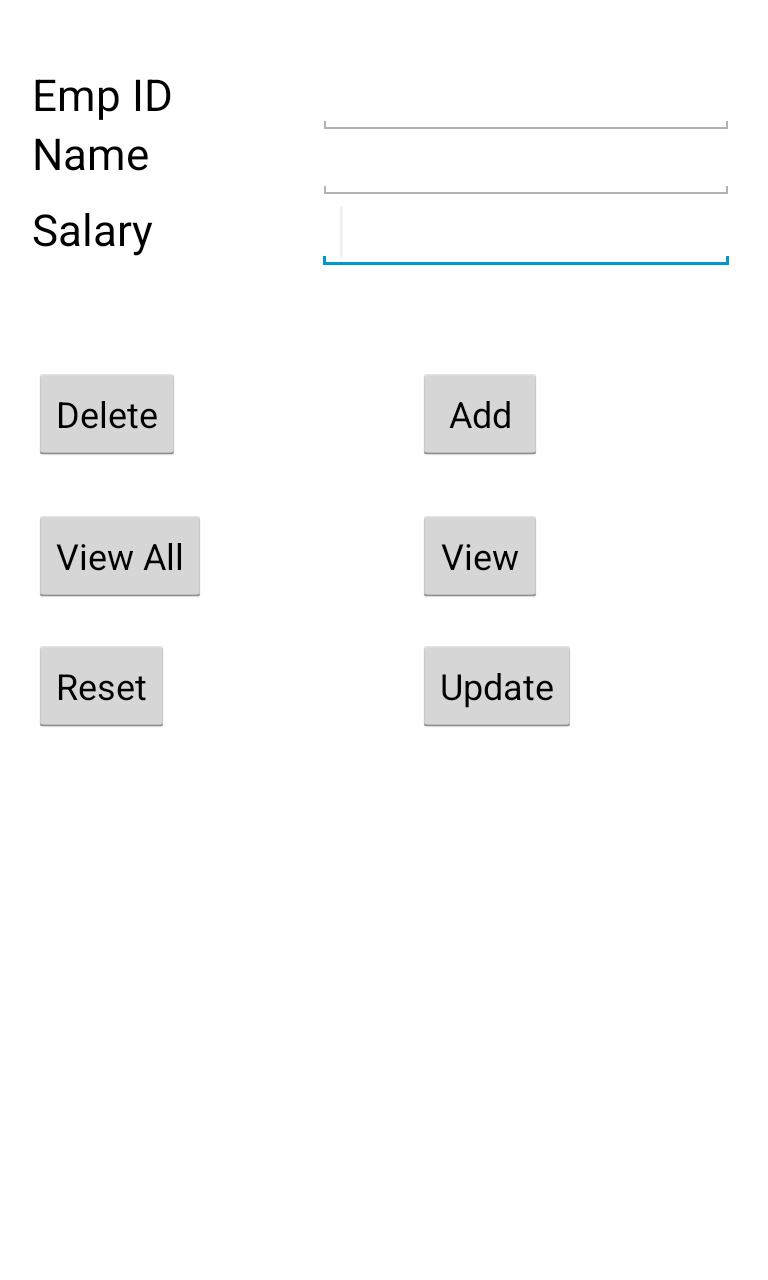
Repository: vinothknr1/aamec-mad-lab
Layout: Ex-4-Database-App/res/layout/activity_main.xml
The author's editor kept a copy of each file at every save. The layout is drawn from the files as they stood at one save, then again after the next save.
It is drawn on a 768 x 1280 px phone screen (xhdpi) without system bars, with theme AppTheme; the app's code is not run.

Above is the layout before, as saved 2022-04-26 09:20:26.

### Ex-4-Database-App/res/layout/activity_main.xml
<RelativeLayout xmlns:android="http://schemas.android.com/apk/res/android"
    xmlns:tools="http://schemas.android.com/tools"
    android:layout_width="match_parent"
    android:layout_height="match_parent"
    android:paddingBottom="@dimen/activity_vertical_margin"
    android:paddingLeft="@dimen/activity_horizontal_margin"
    android:paddingRight="@dimen/activity_horizontal_margin"
    android:paddingTop="@dimen/activity_vertical_margin"
    tools:context=".MainActivity" >

    <Button
        android:id="@+id/button3"
        android:layout_width="wrap_content"
        android:layout_height="wrap_content"
        android:layout_alignRight="@+id/button1"
        android:layout_below="@+id/button1"
        android:layout_marginTop="23dp"
        android:text="View" />

    <Button
        android:id="@+id/button4"
        android:layout_width="wrap_content"
        android:layout_height="wrap_content"
        android:layout_alignBaseline="@+id/button3"
        android:layout_alignBottom="@+id/button3"
        android:layout_alignLeft="@+id/button2"
        android:text="View All" />

    <Button
        android:id="@+id/button6"
        android:layout_width="wrap_content"
        android:layout_height="wrap_content"
        android:layout_alignBaseline="@+id/button5"
        android:layout_alignBottom="@+id/button5"
        android:layout_alignLeft="@+id/button4"
        android:text="Reset" />

    <TextView
        android:id="@+id/textView1"
        android:layout_width="wrap_content"
        android:layout_height="wrap_content"
        android:layout_alignLeft="@+id/textView2"
        android:layout_alignParentTop="true"
        android:layout_marginTop="16dp"
        android:text="Emp ID"
        android:textAppearance="?android:attr/textAppearanceLarge" />

    <Button
        android:id="@+id/button2"
        android:layout_width="wrap_content"
        android:layout_height="wrap_content"
        android:layout_alignBaseline="@+id/button1"
        android:layout_alignBottom="@+id/button1"
        android:layout_marginRight="30dp"
        android:text="Delete" />

    <Button
        android:id="@+id/button5"
        android:layout_width="wrap_content"
        android:layout_height="wrap_content"
        android:layout_alignLeft="@+id/button3"
        android:layout_below="@+id/button3"
        android:layout_marginTop="17dp"
        android:text="Update" />

    <Button
        android:id="@+id/button1"
        android:layout_width="wrap_content"
        android:layout_height="wrap_content"
        android:layout_below="@+id/editTex3"
        android:layout_marginLeft="50dp"
        android:layout_marginTop="47dp"
        android:layout_toRightOf="@+id/textView2"
        android:text="Add" />

    <EditText
        android:id="@+id/editTex3"
        android:layout_width="wrap_content"
        android:layout_height="wrap_content"
        android:layout_alignBaseline="@+id/textView3"
        android:layout_alignBottom="@+id/textView3"
        android:layout_alignParentRight="true"
        android:ems="10" >

        <requestFocus />
    </EditText>

    <TextView
        android:id="@+id/textView3"
        android:layout_width="wrap_content"
        android:layout_height="wrap_content"
        android:layout_alignLeft="@+id/button2"
        android:layout_below="@+id/textView1"
        android:layout_marginTop="38dp"
        android:text="Salary"
        android:textAppearance="?android:attr/textAppearanceLarge" />

    <TextView
        android:id="@+id/textView2"
        android:layout_width="wrap_content"
        android:layout_height="wrap_content"
        android:layout_above="@+id/editTex3"
        android:layout_alignLeft="@+id/textView3"
        android:layout_below="@+id/textView1"
        android:layout_toLeftOf="@+id/editTex1"
        android:text="Name"
        android:textAppearance="?android:attr/textAppearanceLarge" />

    <EditText
        android:id="@+id/editTex1"
        android:layout_width="wrap_content"
        android:layout_height="wrap_content"
        android:layout_alignBaseline="@+id/textView1"
        android:layout_alignBottom="@+id/textView1"
        android:layout_alignLeft="@+id/editTex3"
        android:ems="10" />

    <EditText
        android:id="@+id/editTex2"
        android:layout_width="wrap_content"
        android:layout_height="wrap_content"
        android:layout_alignParentRight="true"
        android:layout_alignTop="@+id/textView2"
        android:ems="10" />

</RelativeLayout>

Loaded but not shown: Ex-4-Database-App/res/values/styles.xml (common file); Ex-4-Database-App/res/values-v11/styles.xml (common file); Ex-4-Database-App/res/values-v14/styles.xml (common file); Ex-4-Database-App/res/values/dimens.xml (common file)

After the next save:
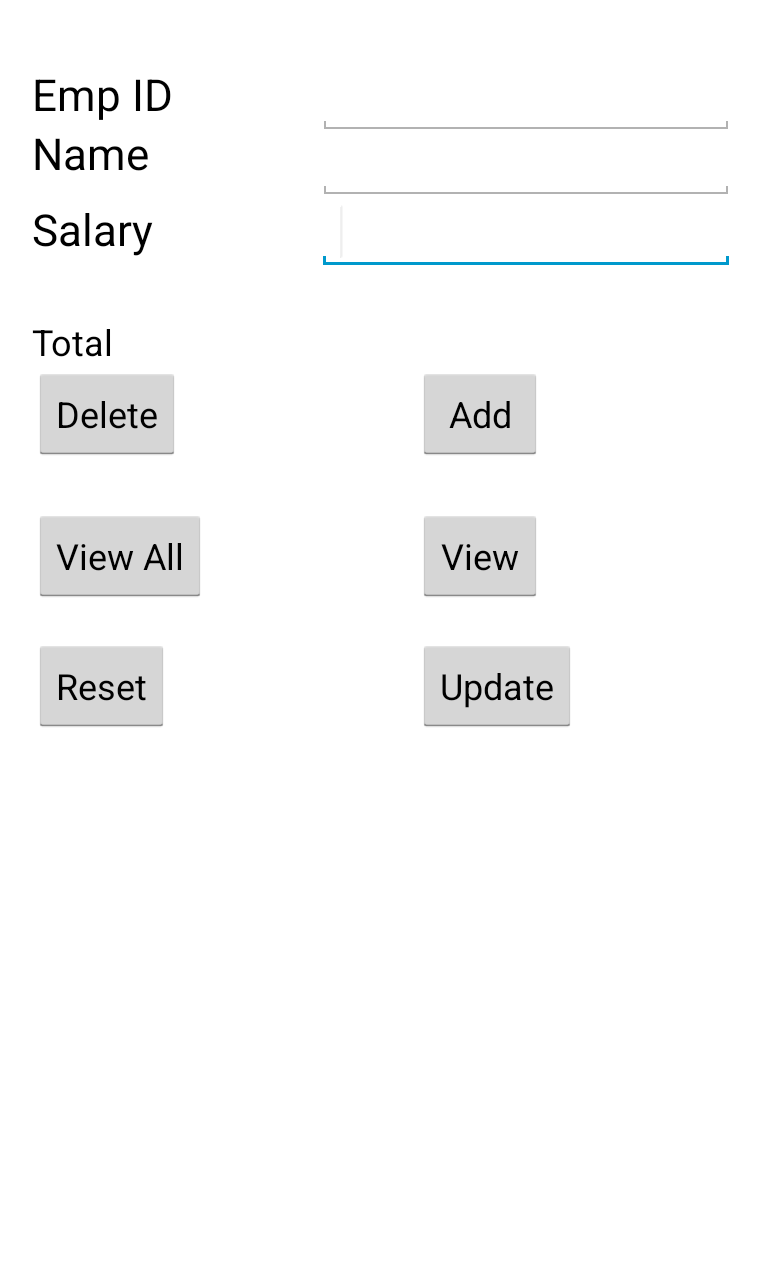
Saved 7 min 14 s later.
--- a/Ex-4-Database-App/res/layout/activity_main.xml
+++ b/Ex-4-Database-App/res/layout/activity_main.xml
@@ -123,4 +123,13 @@
         android:layout_alignTop="@+id/textView2"
         android:ems="10" />
 
+    <TextView
+        android:id="@+id/textView4"
+        android:layout_width="wrap_content"
+        android:layout_height="wrap_content"
+        android:layout_above="@+id/button2"
+        android:layout_alignLeft="@+id/button2"
+        android:text="Total"
+        android:textAppearance="?android:attr/textAppearanceMedium" />
+
 </RelativeLayout>
